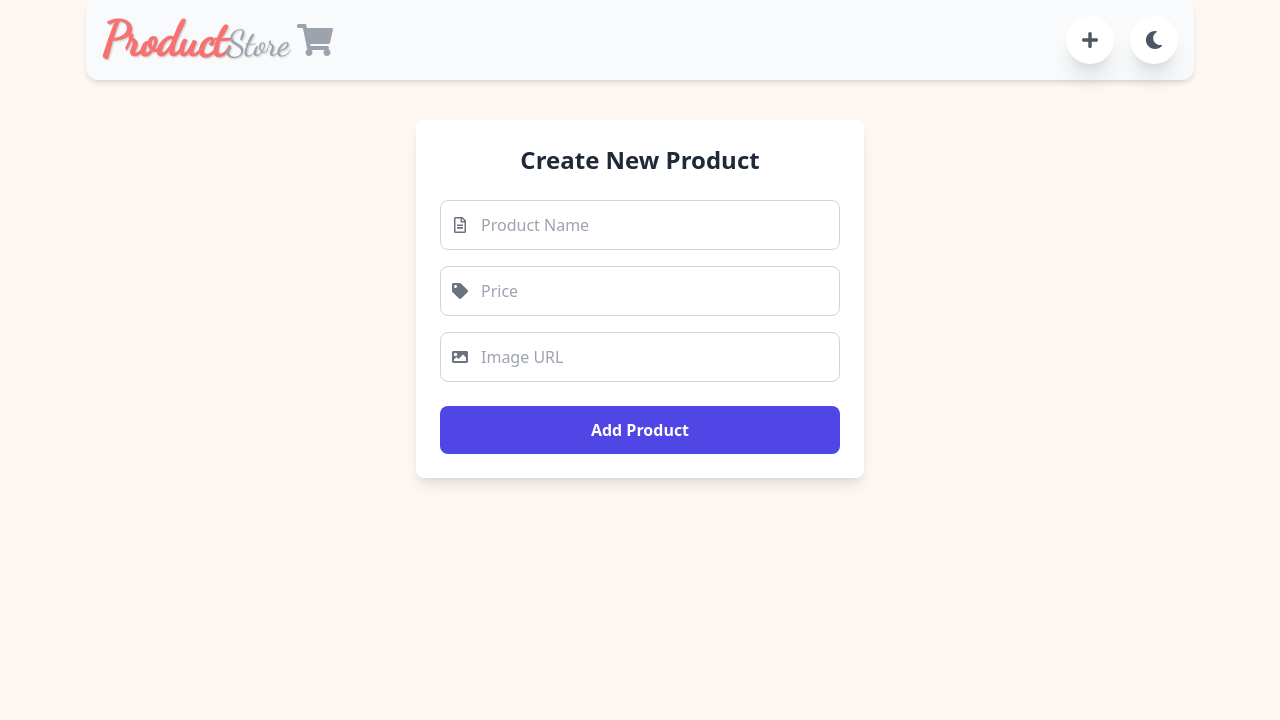
Repository: xarrkhan001/Mern-stack-Project
Page: /create (app in frontend/)
These files come from the project's save history. The page is drawn as it stood at one moment and after the next save; the edit follows.
The browser window is 1280 px wide. The pictures show the whole page.
The project was rebuilt for these pictures with package versions that can differ from the ones it lists, and the page was loaded fresh each time. Also part of the build but not shown: frontend/vite.config.js, frontend/src/pages/HomePage.jsx.

Above is the page before, as saved 2025-03-06 12:10:44.

### frontend/src/main.jsx
import React from "react";
import { BrowserRouter } from "react-router-dom";
import ReactDOM from "react-dom";
import "./index.css";
import App from "./App";

ReactDOM.render(
  <React.StrictMode>
    <BrowserRouter>
      <App />
    </BrowserRouter>
  </React.StrictMode>,
  document.getElementById("root")
);

### frontend/src/index.css
@import url('https://fonts.googleapis.com/css2?family=Dancing+Script&display=swap');


@tailwind base;
@tailwind components;
@tailwind utilities;

### frontend/src/App.jsx
import React from "react";
import { Routes, Route } from "react-router-dom";
import HomePage from "./pages/HomePage";
import CreatePage from "./pages/CreatePage";
import Navbar from "./components/Navbar";

const App = () => {
  return (
    <>
      <div className="min-h-[100vh] bg-[#fdf9f2] dark:bg-gray-900 dark:text-white">
        {" "}
        {/* Lighter background color */}
        <Navbar />
        <Routes>
          <Route path="/" element={<HomePage />} />
          <Route path="/create" element={<CreatePage />} />
        </Routes>
      </div>
    </>
  );
};

export default App;

### frontend/src/pages/CreatePage.jsx
import React, { useState } from "react";
import { FaRegFileAlt, FaTag, FaImage } from "react-icons/fa";

const CreatePage = () => {
  const [newProduct, setNewProduct] = useState({
    name: "",
    price: "",
    image: "",
  });

  // Handle input change
  const handleChange = (e) => {
    const { name, value } = e.target;
    setNewProduct((prevProduct) => ({
      ...prevProduct,
      [name]: value,
    }));
  };

  // Handle form submission
  const handleSubmit = (e) => {
    e.preventDefault();
    console.log("Product added:", newProduct);
  };

  return (
    <div className="flex justify-center items-center mt-10">
      {" "}
      {/* Centering the form */}
      <div className="max-w-md w-full bg-white p-6 shadow-lg rounded-lg">
        <h1 className="text-2xl font-semibold text-gray-800 text-center mb-6">
          Create New Product
        </h1>

        <form onSubmit={handleSubmit}>
          {/* Product Name Field */}
          <div className="mb-4 relative">
            <input
              type="text"
              name="name"
              value={newProduct.name}
              onChange={handleChange}
              placeholder="Product Name"
              className="w-full p-3 pl-10 border border-gray-300 rounded-lg focus:outline-none focus:ring-2 focus:ring-indigo-500"
            />
            <FaRegFileAlt className="absolute left-3 top-1/2 transform -translate-y-1/2 text-gray-500" />
          </div>

          {/* Product Price Field */}
          <div className="mb-4 relative">
            <input
              type="number"
              name="price"
              value={newProduct.price}
              onChange={handleChange}
              placeholder="Price"
              className="w-full p-3 pl-10 border border-gray-300 rounded-lg focus:outline-none focus:ring-2 focus:ring-indigo-500"
            />
            <FaTag className="absolute left-3 top-1/2 transform -translate-y-1/2 text-gray-500" />
          </div>

          {/* Image URL Field */}
          <div className="mb-6 relative">
            <input
              type="text"
              name="image"
              value={newProduct.image}
              onChange={handleChange}
              placeholder="Image URL"
              className="w-full p-3 pl-10 border border-gray-300 rounded-lg focus:outline-none focus:ring-2 focus:ring-indigo-500"
            />
            <FaImage className="absolute left-3 top-1/2 transform -translate-y-1/2 text-gray-500" />
          </div>

          {/* Submit Button */}
          <div className="text-center">
            <button
              type="submit"
              className="w-full p-3 bg-indigo-600 text-white font-semibold rounded-lg hover:bg-indigo-700 transition duration-200"
            >
              Add Product
            </button>
          </div>
        </form>
      </div>
    </div>
  );
};

export default CreatePage;

### frontend/src/components/Navbar.jsx
import React, { useState, useEffect } from "react";
import { Link } from "react-router-dom";
import { FaPlus, FaShoppingCart } from "react-icons/fa";
import { FaSun, FaMoon } from "react-icons/fa";

const Navbar = () => {
  const [isDarkMode, setIsDarkMode] = useState(false);

  useEffect(() => {
    const savedTheme = localStorage.getItem("theme");
    if (savedTheme) {
      setIsDarkMode(savedTheme === "dark");
    }
  }, []);

  const toggleDarkMode = () => {
    setIsDarkMode((prevMode) => {
      const newMode = !prevMode;
      localStorage.setItem("theme", newMode ? "dark" : "light");
      return newMode;
    });
  };

  useEffect(() => {
    if (isDarkMode) {
      document.documentElement.classList.add("dark");
    } else {
      document.documentElement.classList.remove("dark");
    }
  }, [isDarkMode]);

  return (
    <>
      <div className="max-w-[1140px] px-4 mx-auto">
        {/* Navbar container */}
        <div
          className={`flex items-center justify-between h-20 p-4 rounded-xl shadow-md text-black dark:text-white ${
            isDarkMode ? "bg-transparent dark:bg-gray-800" : "bg-gray-50"
          }`}
        >
          {/* Left side - ProductStore logo */}
          <Link to="/" className="flex items-center">
            {/* Logo-style text */}
            <span
              className="font-logo text-5xl tracking-tight text-red-500 dark:text-gray-100"
              style={{
                fontFamily: "'Dancing Script', cursive", // Handwriting-style font
                letterSpacing: "-1px", // Tighter spacing for a joined look
                lineHeight: "1.1", // Tighter line height
                textShadow: "1px 1px 2px rgba(0, 0, 0, 0.2)", // Adding text shadow for depth
                WebkitFontSmoothing: "antialiased", // Smooth font rendering
                MozOsxFontSmoothing: "grayscale", // For MacOS font smoothing
              }}
            >
              <span
                className="text-5xl font-semibold text-red-400 dark:text-red-400"
                style={{
                  letterSpacing: "-1px", // Tighter spacing for "Product"
                }}
              >
                Product
              </span>
              <span
                className="text-4xl text-gray-400 dark:text-gray-400"
                style={{
                  letterSpacing: "-1px", // Tighter spacing for "Store"
                }}
              >
                Store
              </span>
            </span>
            {/* Icon next to the logo on the right side */}
            <FaShoppingCart className="text-4xl text-gray-400 dark:text-gray-300 ml-2" />
          </Link>

          {/* Right side - Plus Icon and Theme Toggle Icon */}
          <div className="relative flex items-center space-x-4">
            {/* Plus Icon */}
            <Link to="/create">
              <button className="w-12 h-12 bg-white dark:bg-gray-500 text-gray-600 dark:text-white rounded-full flex items-center justify-center transform hover:scale-125 transition-all duration-300 shadow-xl hover:shadow-2xl focus:outline-none">
                <FaPlus size={18} /> {/* Adjusted the size */}
              </button>
            </Link>

            {/* Dark/Light Mode Toggle Icon */}
            <button
              onClick={toggleDarkMode}
              className="w-12 h-12 bg-white dark:bg-gray-500 text-[#FF4081] dark:text-white rounded-full flex items-center justify-center transform hover:scale-125 transition-all duration-300 shadow-xl hover:shadow-2xl focus:outline-none"
            >
              {isDarkMode ? (
                <FaSun size={18} className="text-yellow-500" /> // Sun icon with yellow color for dark mode
              ) : (
                <FaMoon size={18} className="text-gray-600" /> // Moon icon with gray-600 color for light mode
              )}
            </button>
          </div>
        </div>
      </div>
    </>
  );
};

export default Navbar;

### frontend/tailwind.config.js
/** @type {import('tailwindcss').Config} */
export default {
  content: ["./index.html", "./src/**/*.{js,ts,jsx,tsx}"],
  theme: {
    extend: {},
  },
  darkMode: "class", // Enable dark mode via the 'dark' class
  plugins: [],
};

Loaded but not shown: frontend/index.html (common file)

After the next save:
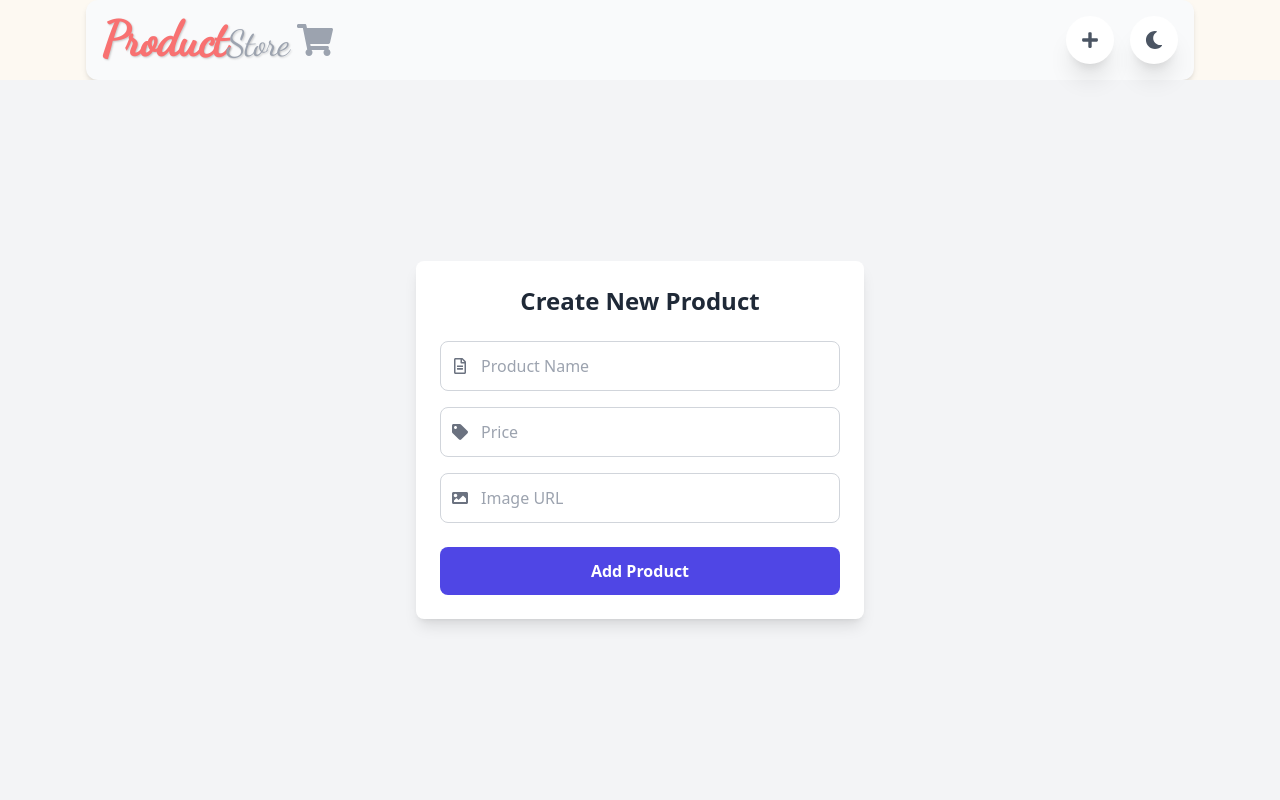
Saved 102 s later.
--- a/frontend/src/pages/CreatePage.jsx
+++ b/frontend/src/pages/CreatePage.jsx
@@ -24,9 +24,9 @@
   };
 
   return (
-    <div className="flex justify-center items-center mt-10">
+    <div className="flex items-center justify-center min-h-screen bg-gray-100">
       {" "}
-      {/* Centering the form */}
+      {/* Centering the form vertically and horizontally */}
       <div className="max-w-md w-full bg-white p-6 shadow-lg rounded-lg">
         <h1 className="text-2xl font-semibold text-gray-800 text-center mb-6">
           Create New Product
